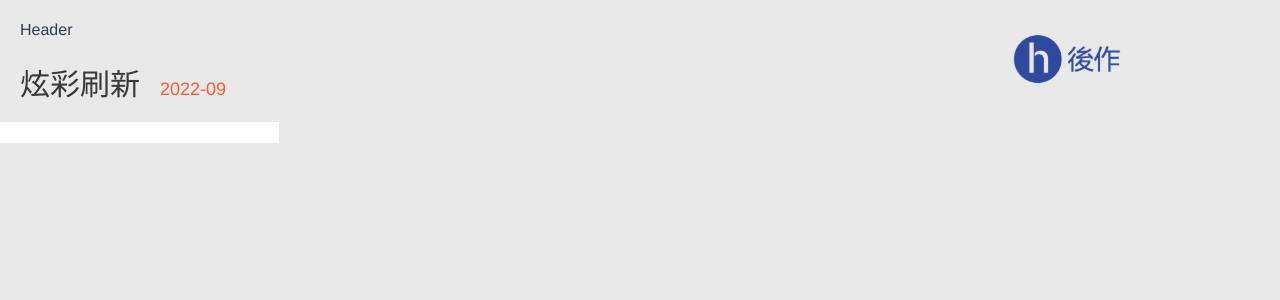
Repository: yezhonghu0503/houzuo
Page: /interiorDecoration
The author's editor kept a copy of each file at every save. The page is drawn from the files as they stood at one save, then again after a run of saves.
The browser window is 1280 px wide. The pictures show the whole page.
The project was rebuilt for these pictures with package versions that can differ from the ones it lists, and the page was loaded fresh each time. Also part of the build but not shown: vite.config.ts.

Above is the page before, as saved 2022-09-29 10:46:44.

After the next 3 saves:
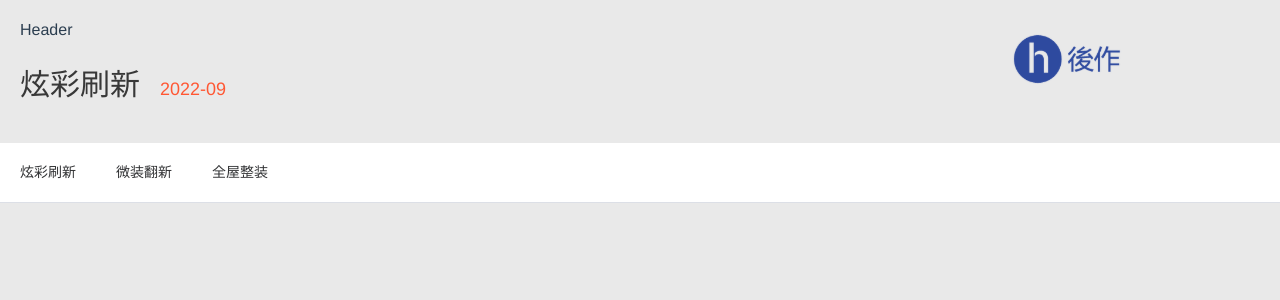
The 3 saves are shown as one change because 2 did not build or start.
The last was saved 94 s later.
--- a/src/view/interiorDecoration/index.vue
+++ b/src/view/interiorDecoration/index.vue
@@ -6,14 +6,13 @@
   onBeforeRouteLeave,
   onBeforeRouteUpdate,
 } from "vue-router";
-
-export default {
-  setup() {
-    const activeIndex = ref("1");
+const activeIndex = ref("1");
 const activeIndex2 = ref("1");
 const handleSelect = (key: string, keyPath: string[]) => {
   console.log(key, keyPath);
 };
+export default {
+  setup() {
     const router = useRouter();
     const route = useRoute();
     let timenow: string = new Date().toJSON().substring(0, 7);
@@ -82,7 +81,10 @@
           />
         </svg>
       </el-col>
-      <el-menu
+      </el-row>
+  </div>
+  <div id="main">
+    <el-menu
         :default-active="activeIndex"
         class="el-menu-demo"
         mode="horizontal"
@@ -93,7 +95,6 @@
         <el-menu-item index="3">全屋整装</el-menu-item>
       </el-menu>
       <div class="h-6" />
-    </el-row>
   </div>
 </template>
 
